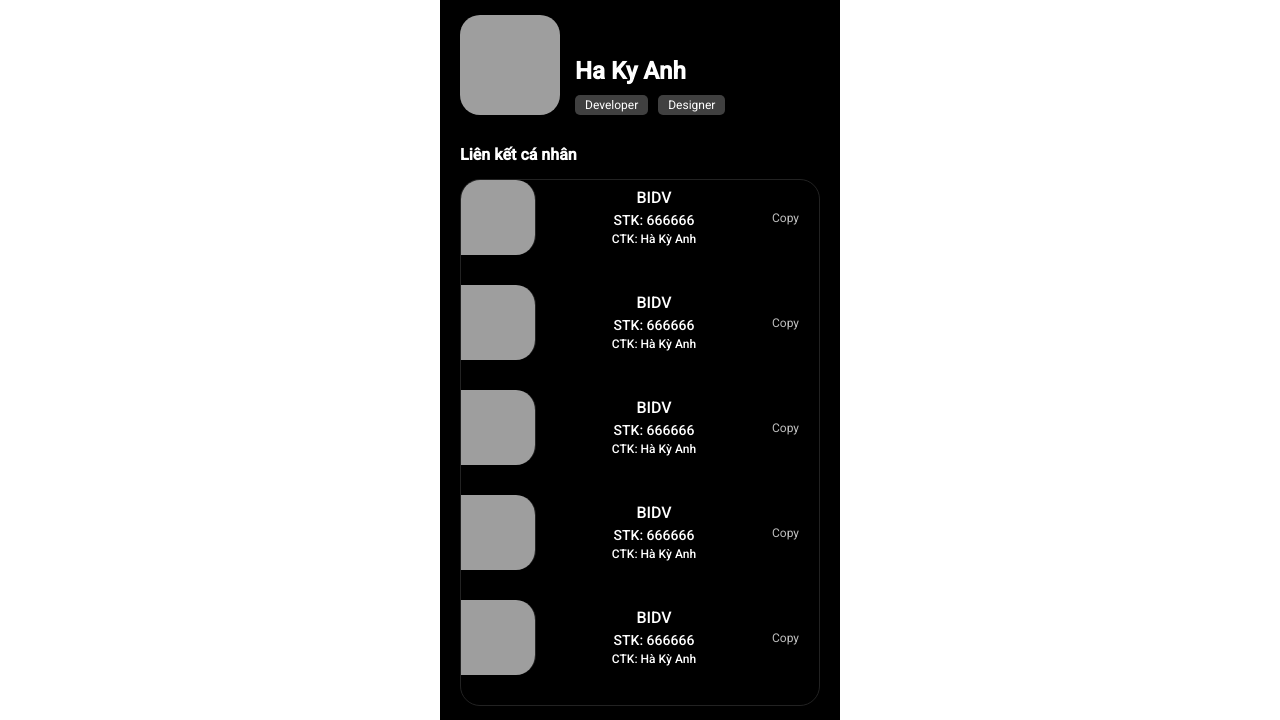
Repository: yzarc204/nguyen-tien-viet-hoang
Page: thong-tin-thanh-toan/index.html
These files come from the project's save history. The page is drawn as it stood at one moment and after the next save; the edit follows.
The browser window is 1280 px wide. The pictures show the whole page.
Pictures or frames that could not be fetched are drawn as grey boxes.

Above is the page before, as saved 2021-09-27 10:59:45.

After the next save:
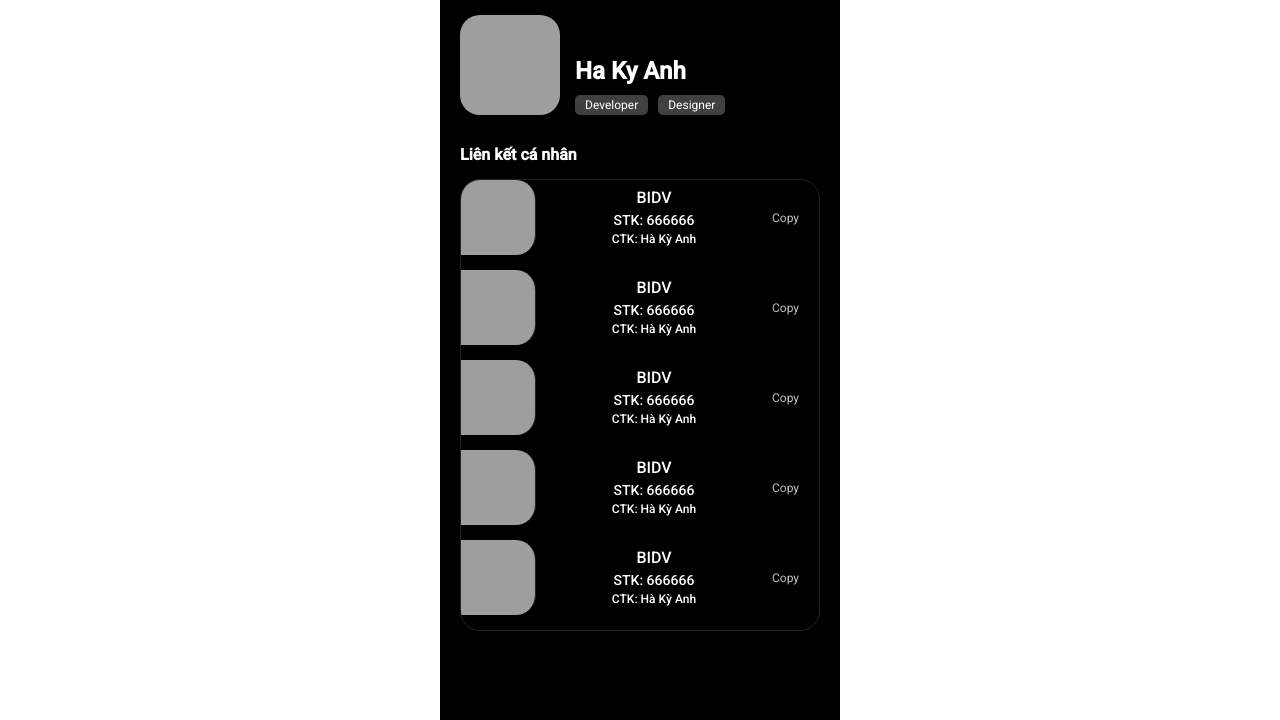
Saved 4 s later.
--- a/thong-tin-thanh-toan/public/css/index.css
+++ b/thong-tin-thanh-toan/public/css/index.css
@@ -88,7 +88,7 @@ body {
     width: 100%;
     height: var(--size);
     display: flex;
-    margin-bottom: 30px;
+    margin-bottom: 15px;
 }
 .bank-logo {
     width: var(--size);
